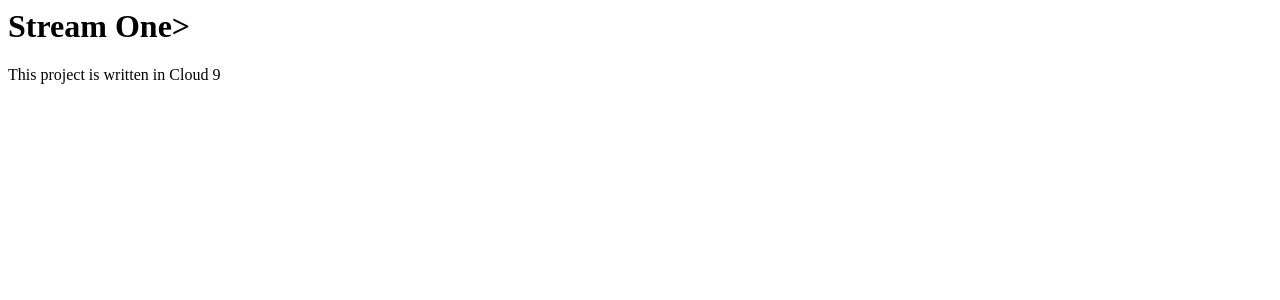
Repository: lennoneb/my-first-website
Page: stream-one.html
The author's editor kept a record of every edit. The page is drawn from the files as they stood at one moment, then again after the next edit.
The browser window is 1280 px wide. The pictures show the whole page.

Above is the page before.

After the next edit:
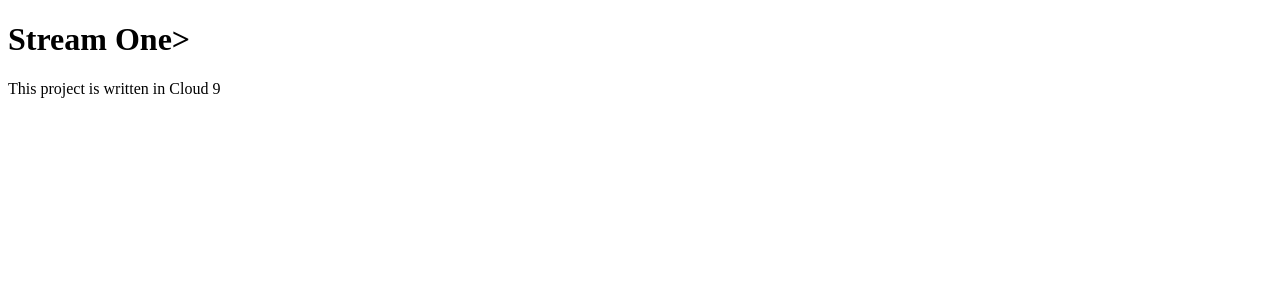
The edit:
--- a/stream-one.html
+++ b/stream-one.html
@@ -1,7 +1,7 @@
-<DOCTYPE! html>
-
+<!DOCTYPE html>
 <html>
     <head>
+        <title>Stream One</title>
     </head>
 
     <body>
